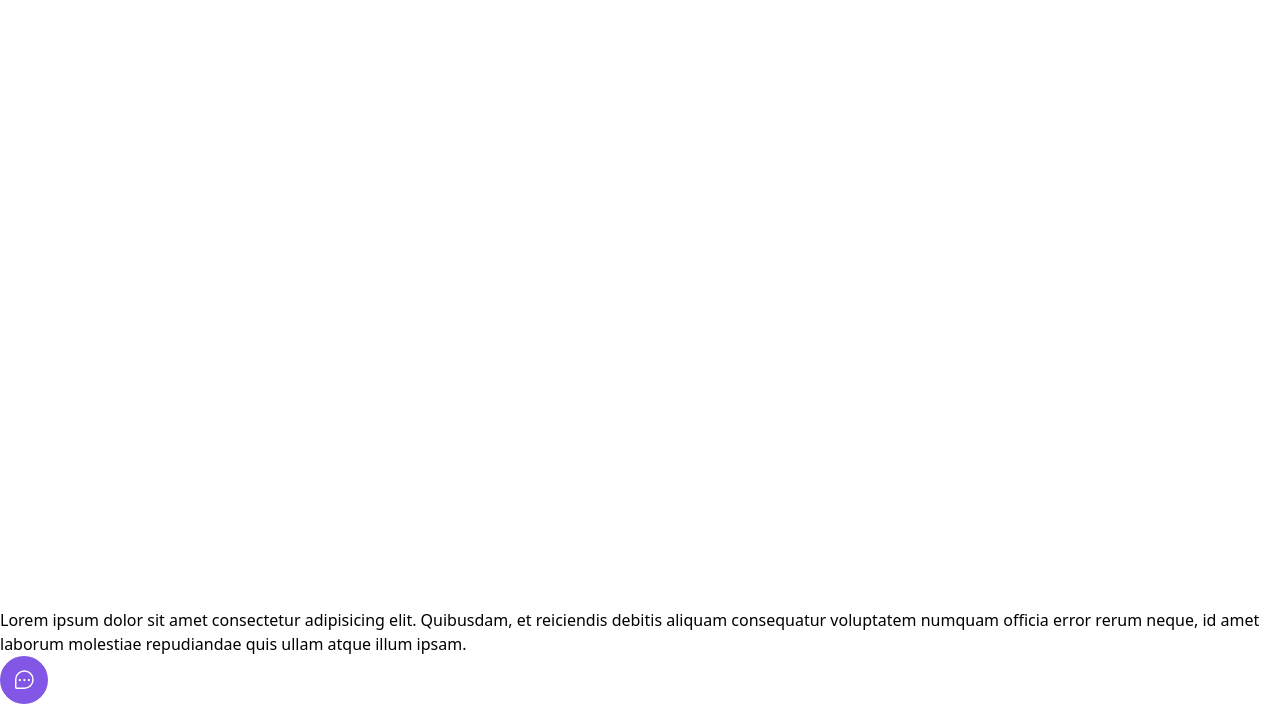
Repository: guilhermecardoso93/nlwreturn-react
Page: /
An editor plug-in stored every save of this project. The page is shown before and after the next save, followed by the edit.
The browser window is 1280 px wide. The pictures show the whole page.
The project was rebuilt for these pictures with package versions that can differ from the ones it lists, and the page was loaded fresh each time. Also part of the build but not shown: vite.config.ts.

Above is the page before, as saved 2022-05-02 22:38:29.

### src/main.tsx
import React from "react";
import ReactDOM from "react-dom";
import { App } from "./App";

import "./global.css";

ReactDOM.render(
  <React.StrictMode>
    <App />
  </React.StrictMode>,
  document.getElementById("root")
);

### src/App.tsx
import { Widget } from "./components/Widget";

export function App() {
  return (
    <>
      <Widget/>
    </>
  );
}

### src/components/Widget.tsx
import { ChatTeardropDots } from "phosphor-react";
import { useState } from "react";

export function Widget() {
  const [isWidgetOpen, setIsWidgetOpen] = useState(false);

  function toggleWidgetVisibility(){
    setIsWidgetOpen(!isWidgetOpen)
  }

  return (
    <>
      <div className="absolute bottom-4 right-5">
        <p>
          Lorem ipsum dolor sit amet consectetur adipisicing elit. Quibusdam, et
          reiciendis debitis aliquam consequatur voluptatem numquam officia
          error rerum neque, id amet laborum molestiae repudiandae quis ullam
          atque illum ipsam.
        </p>

        <button className="bg-brand-500 rounded-full px-3 h-12 text-white flex items-center group">
          <ChatTeardropDots className="w-6 h-6" />
          <span className="max-w-0 overflow-hidden group-hover:max-w-xs transition-all duration-500 ease-linear">
            <span className="pl-2"></span>
            Feedback
          </span>
        </button>
      </div>
    </>
  );
}

Loaded but not shown: index.html (common file); src/global.css (common file); tailwind.config.js (common file)

After the next save:
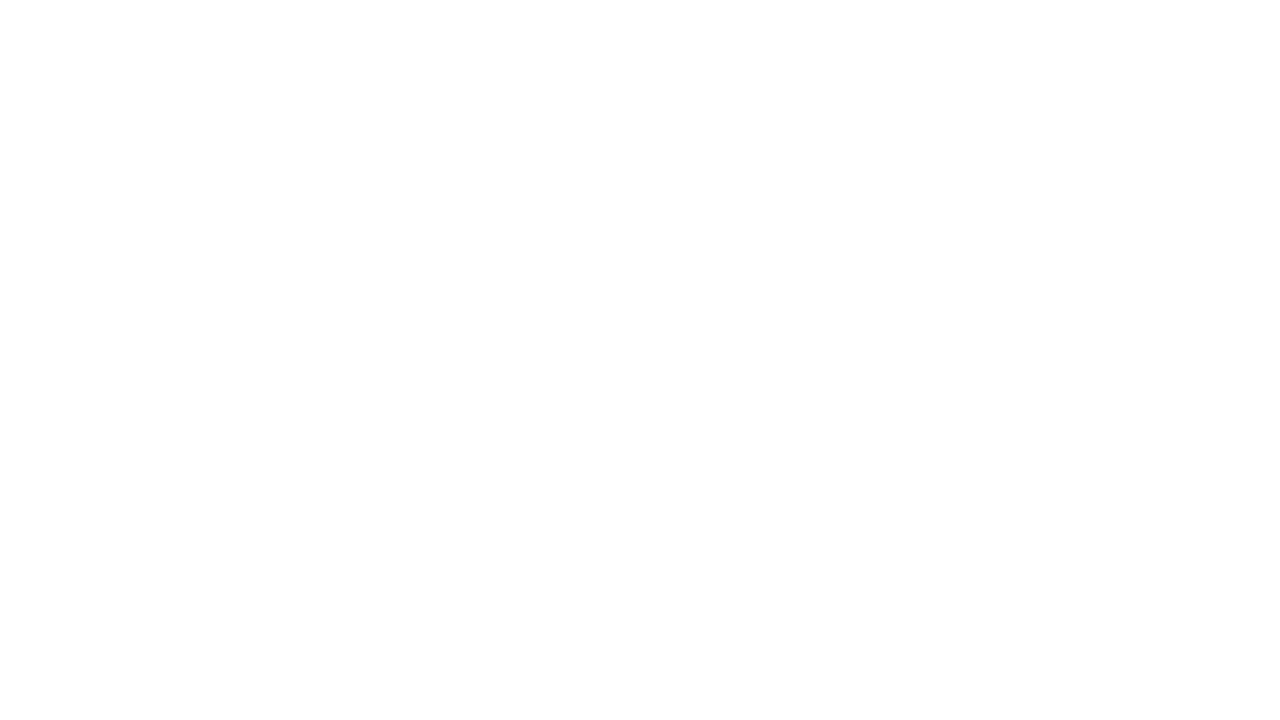
Console error (its wording comes from the project's code and is left out).
Saved 21 s later.
--- a/src/components/Widget.tsx
+++ b/src/components/Widget.tsx
@@ -18,7 +18,9 @@
           atque illum ipsam.
         </p>
 
-        <button className="bg-brand-500 rounded-full px-3 h-12 text-white flex items-center group">
+        <button
+          onClick={toggleWidgetVisibility()}
+          className="bg-brand-500 rounded-full px-3 h-12 text-white flex items-center group">
           <ChatTeardropDots className="w-6 h-6" />
           <span className="max-w-0 overflow-hidden group-hover:max-w-xs transition-all duration-500 ease-linear">
             <span className="pl-2"></span>

After the save that followed:
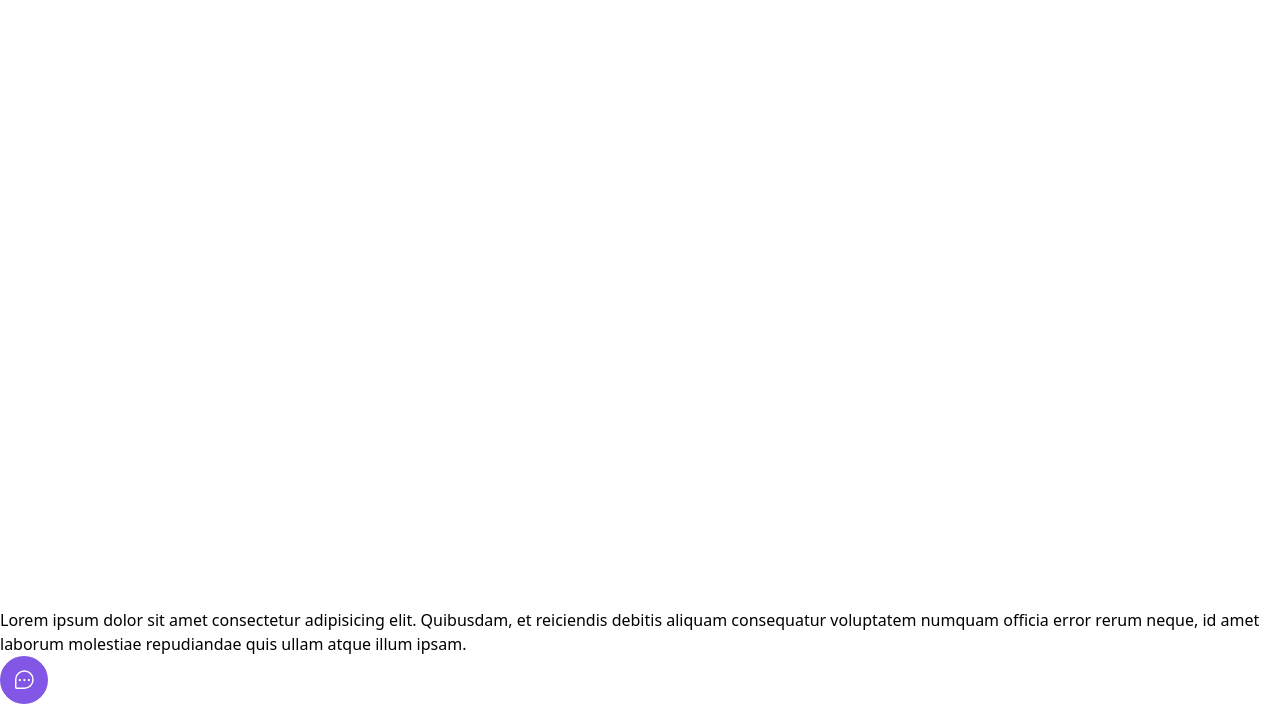
The error is gone.
Saved 9 s later.
--- a/src/components/Widget.tsx
+++ b/src/components/Widget.tsx
@@ -19,7 +19,7 @@
         </p>
 
         <button
-          onClick={toggleWidgetVisibility()}
+          onClick={toggleWidgetVisibility}
           className="bg-brand-500 rounded-full px-3 h-12 text-white flex items-center group">
           <ChatTeardropDots className="w-6 h-6" />
           <span className="max-w-0 overflow-hidden group-hover:max-w-xs transition-all duration-500 ease-linear">
